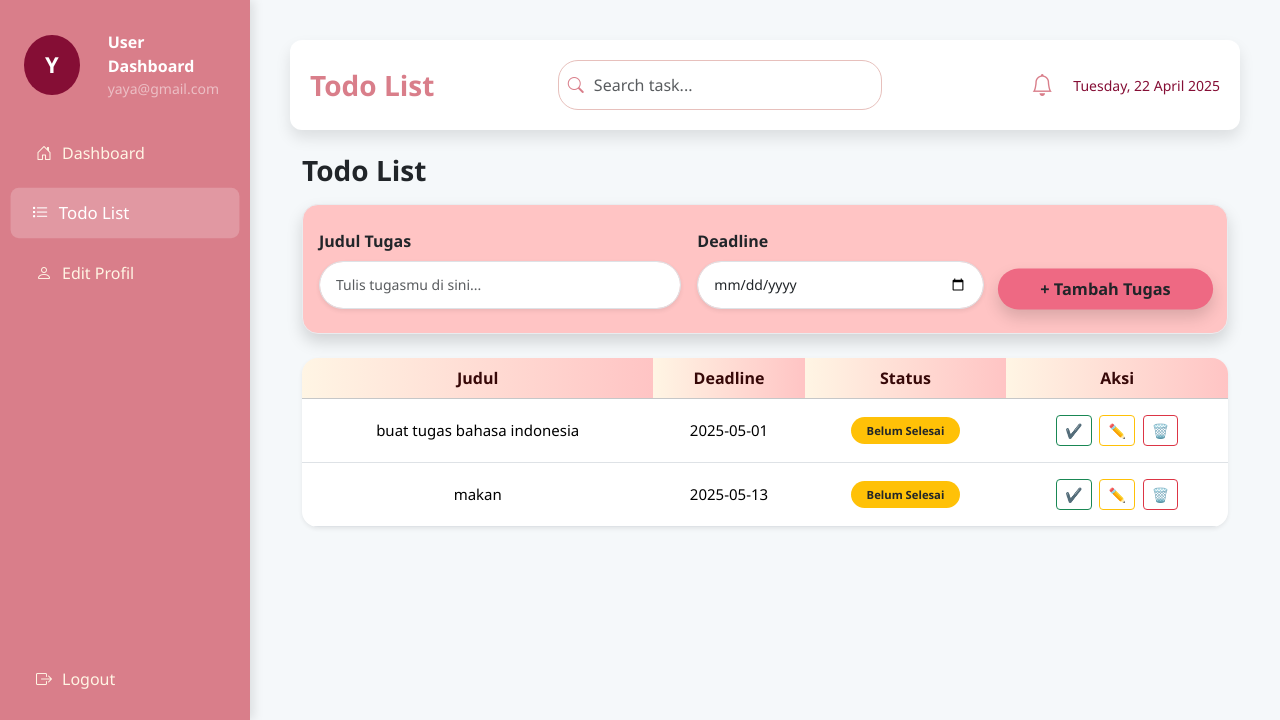
Repository: zhr-nabila/FloTime
Page: http://localhost/todo.php
These files come from the project's save history. The page is drawn as it stood at one moment and after a run of saves; the edit follows.
The browser window is 1280 px wide. The pictures show the whole page.
The pointer rests on the first visible `.btn-gradient`.
The page is run by PHP 8.4 with error messages shown; the project is at /var/www/html/. The session is filled in as if someone had signed in: {"email": "yaya@gmail.com", "status": "login", "user_id": 2}. The database holds what the project's SQL file puts in it.

Above is the page before, as saved 2025-04-23 12:27:08.

After the next 2 saves:
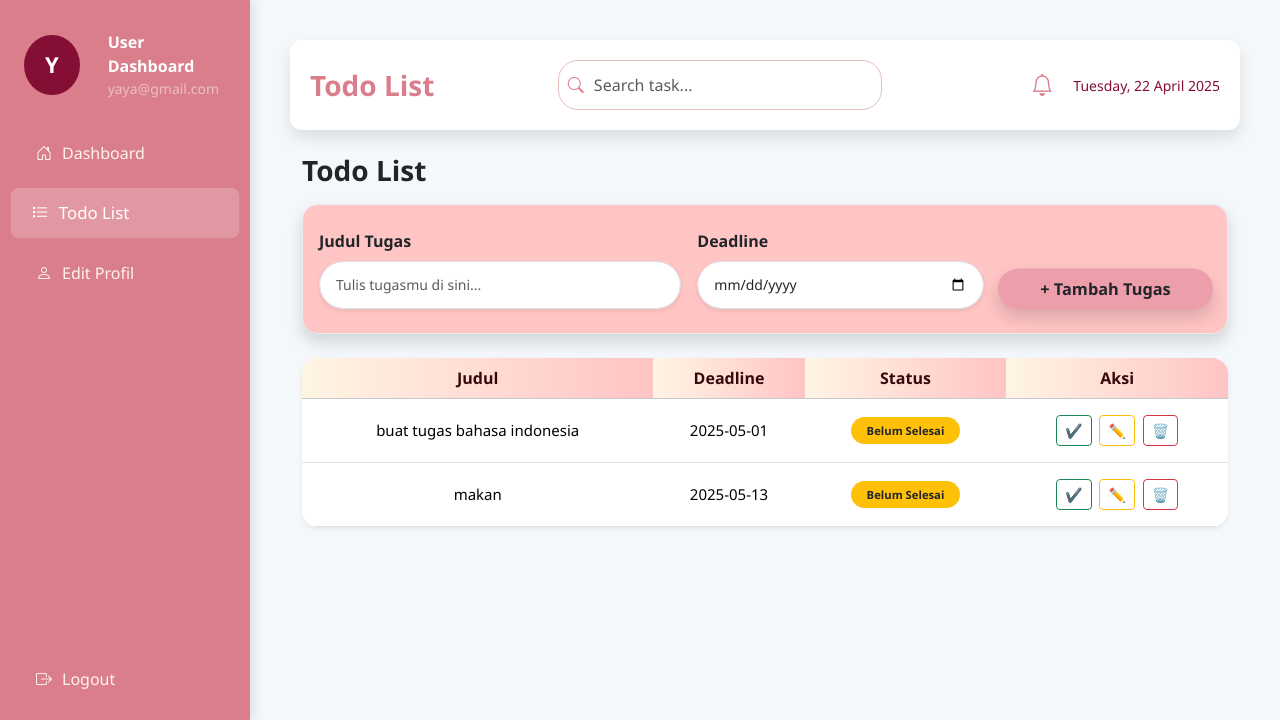
The 2 saves are shown as one change because they came seconds apart.
The last was saved 11 s later.
--- a/css/style.css
+++ b/css/style.css
@@ -235,7 +235,7 @@
 
 .btn-gradient:hover {
     transform: scale(1.02);
-    background-color: var(--c8);
+    background-color: var(--c5);
     box-shadow: 0 4px 8px rgba(0, 0, 0, 0.15); /* Memberikan efek bayangan yang lebih soft */
 }
 

After the 2 saves that followed:
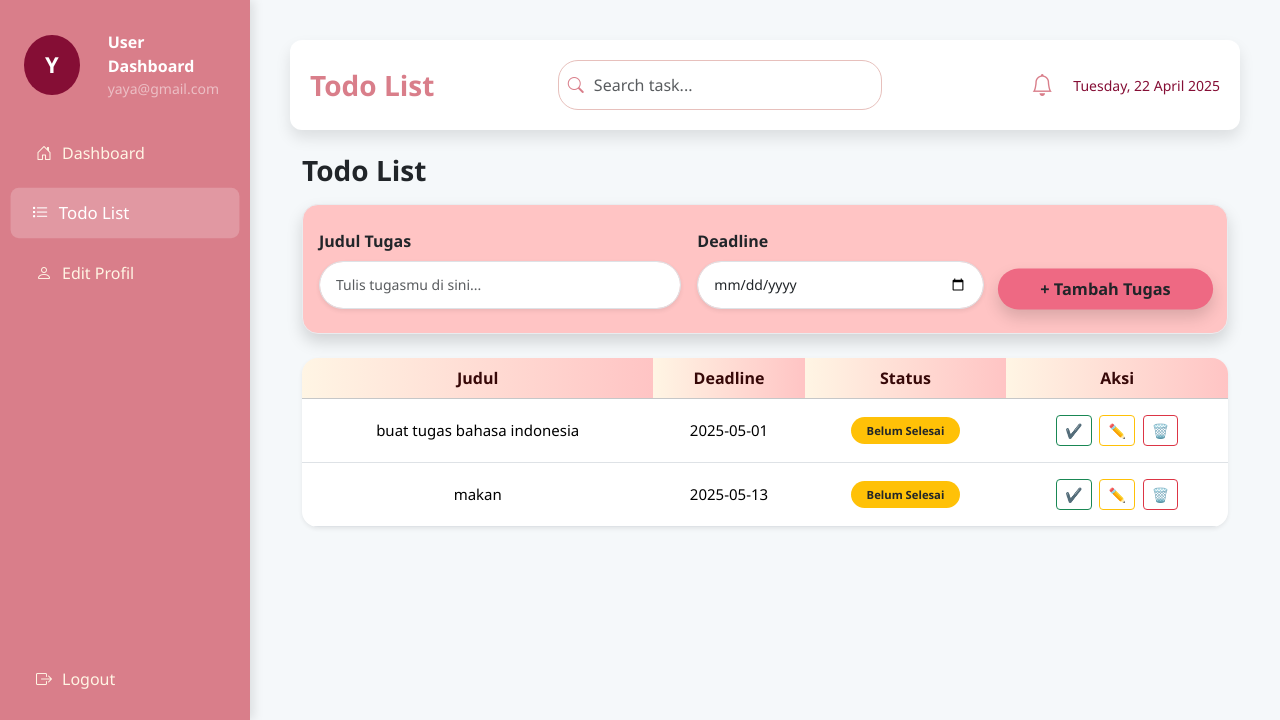
The 2 saves are shown as one change because they came seconds apart.
The last was saved 8 s later.
--- a/css/style.css
+++ b/css/style.css
@@ -235,7 +235,7 @@
 
 .btn-gradient:hover {
     transform: scale(1.02);
-    background-color: var(--c5);
+    background-color: var(--c8);
     box-shadow: 0 4px 8px rgba(0, 0, 0, 0.15); /* Memberikan efek bayangan yang lebih soft */
 }
 
